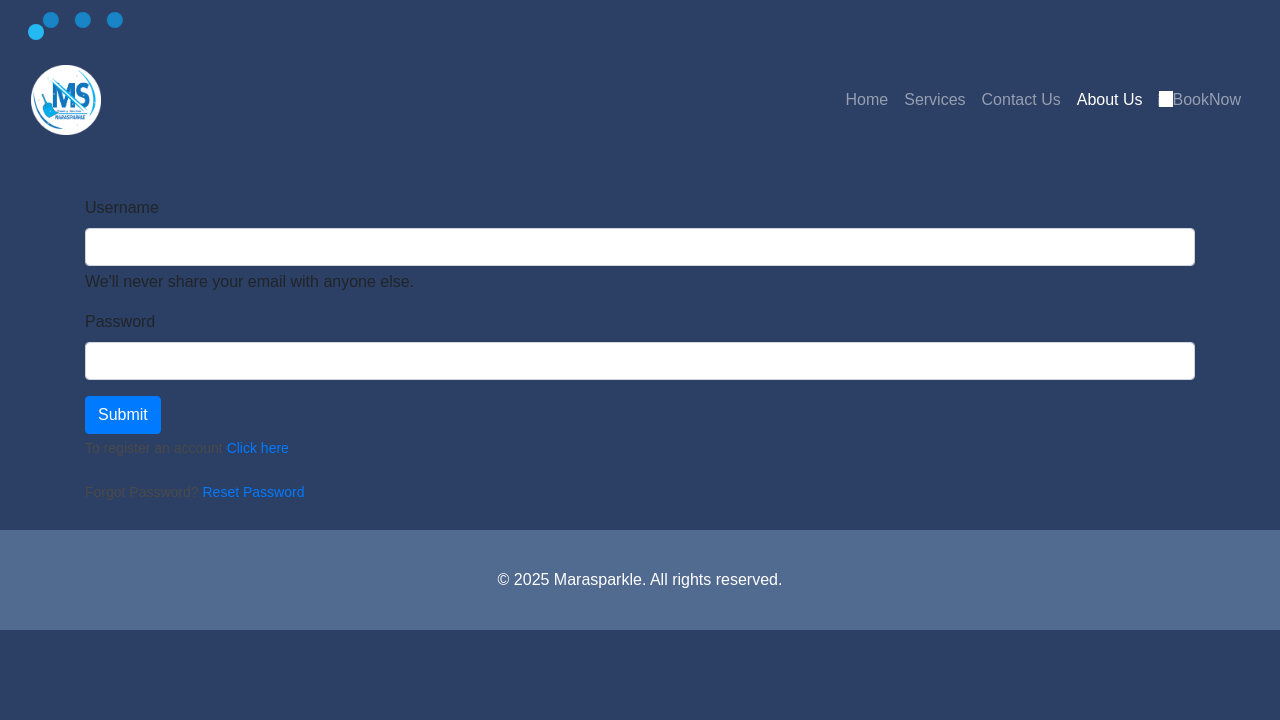
Repository: guineveretim/sparkle
Page: http://localhost/login/
These files come from the project's save history. The page is drawn as it stood at one moment and after the next save; the edit follows.
The browser window is 1280 px wide. The pictures show the whole page.
The page is served by the project's application, run on Django 5.2 (manage.py).

Above is the page before, as saved 2025-03-26 15:09:05.

After the next save:
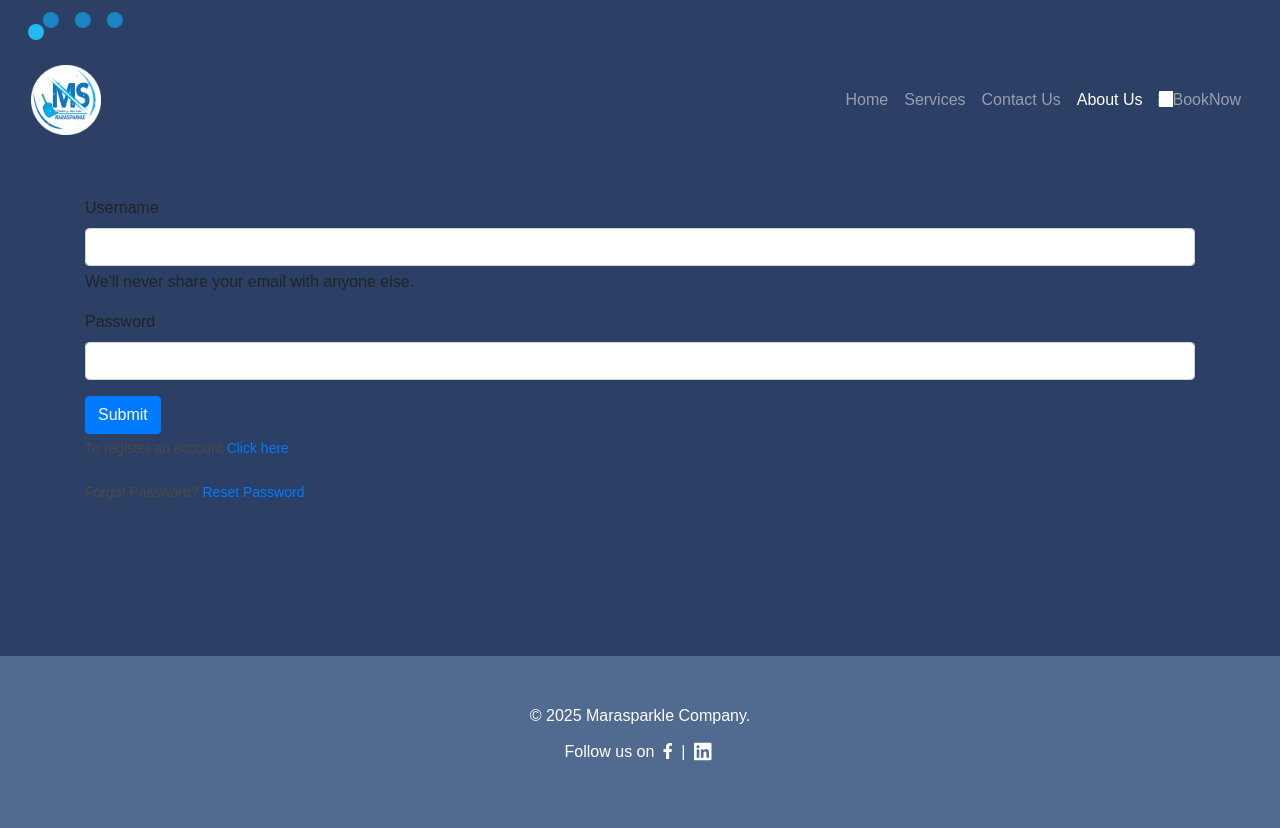
Saved 107 s later.
--- a/templates/authentication/login.html
+++ b/templates/authentication/login.html
@@ -96,9 +96,30 @@
         </p>
     </div>
 
-    <footer class="text-center mt-4">
-        <p>&copy; {{ 2025 }} Marasparkle. All rights reserved.</p>
-    </footer>
+        <!-- ***** About Section End ***** -->
+
+        <footer class="footer text-center" style="background-color: rgba(166, 206, 243, 0.3); padding: 10px 0;">
+            <div class="container-fluid">
+                <div class="row">
+                    <div class="col-12">
+                        <p>© 2025 Marasparkle Company.</p>
+                    </div>
+                    <div class="col-12" style="margin-top: -80px;">
+                        <p style="color: white;">
+                            Follow us on
+                            <a href="https://www.facebook.com/profile.php?id=61573551016908" class="mx-1 text-white" aria-label="Follow us on Facebook">
+                                <i class="fab fa-facebook-f"></i>
+                            </a>
+                            <span>|</span>
+                            <a href="https://linkedin.com" class="mx-1 text-white" aria-label="Follow us on LinkedIn">
+                                <i class="fab fa-linkedin fa-lg"></i>
+                            </a>
+                        </p>
+                    </div>
+                </div>
+            </div>
+        </footer>
+
 
     <!-- jQuery (necessary for Bootstrap's JavaScript plugins) -->
     <script src="https://code.jquery.com/jquery-3.3.1.min.js" integrity="sha384-q8i/X+965DzO0rT7abK41JStQIAqVgRVzpbzo5smXKp4YfRvH+8abtTE1Pi6jizo" crossorigin="anonymous"></script>
